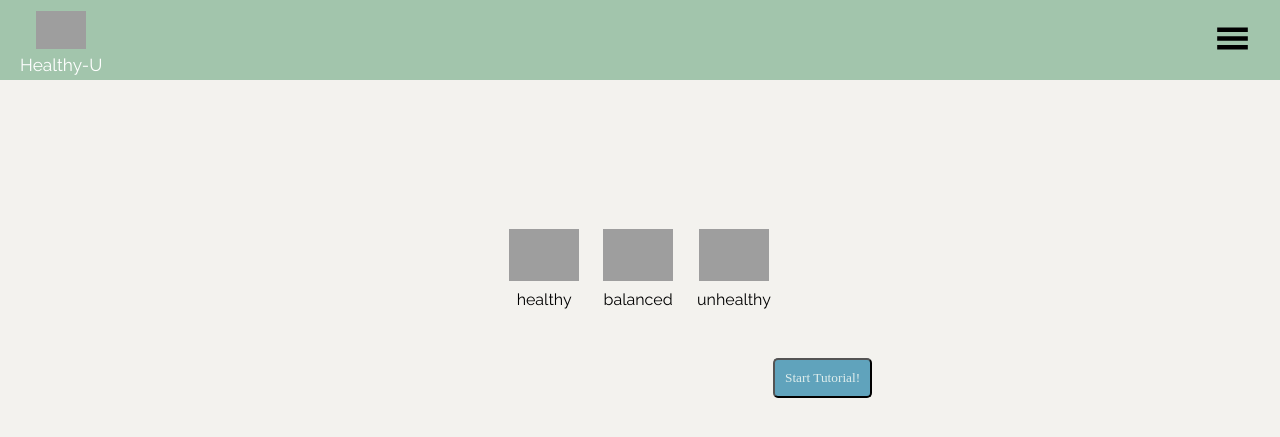
Repository: smashy09/healthy-share
Page: /InformationPage
These files come from the project's save history. The page is drawn as it stood at one moment and after a run of saves; the edit follows.
The browser window is 1280 px wide. The pictures show the whole page.
Pictures or frames that could not be fetched are drawn as grey boxes. The project was rebuilt for these pictures with package versions that can differ from the ones it lists, and the page was loaded fresh each time. The framework's server and built-in components were replaced by stand-ins that run in the browser. Also part of the build but not shown: next.config.js.

Above is the page before, as saved 2020-05-14 20:35:08.

After the next 2 saves:
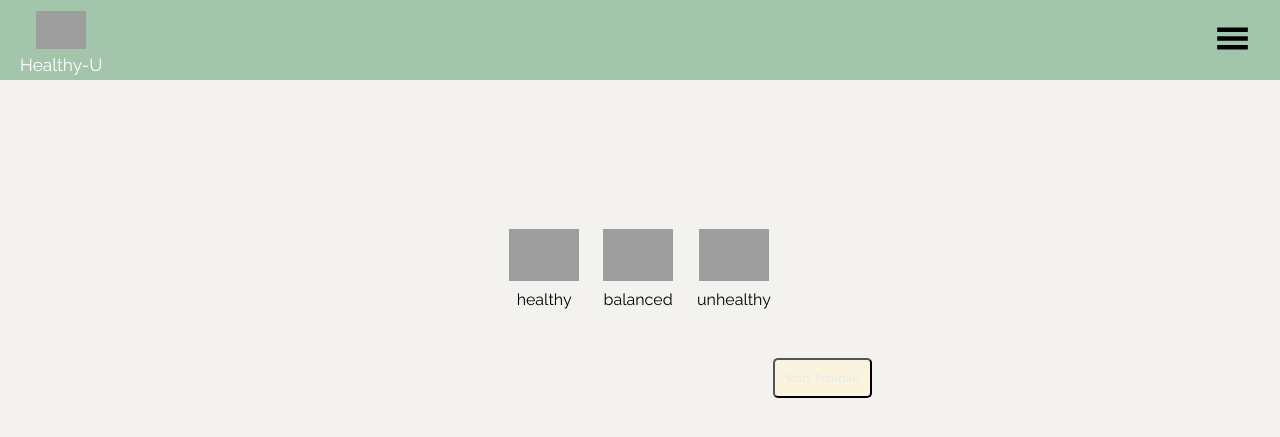
The 2 saves are shown as one change because they came seconds apart.
The last was saved 106 s later.
--- a/comps/CustomButton/index.js
+++ b/comps/CustomButton/index.js
@@ -12,7 +12,7 @@ function ButtonClick() {
 }
 
 CustomButton.defaultProps = {
-    backgroundColor:"#60a3bc",
+    backgroundColor:"#FAF3DD",
     color:"#DEEDEC",
     text:"Start Survey",
     onClick:ButtonClick
